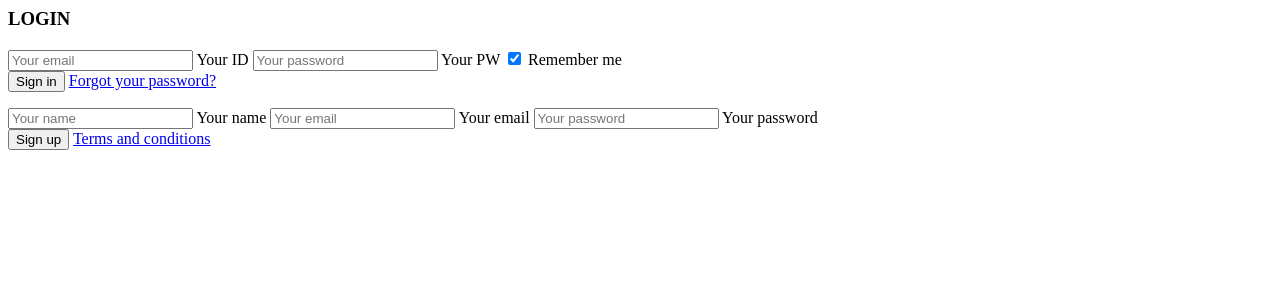
Repository: JaeJin2044/Community_spring
Page: http://localhost/Community/WEB-INF/views/user/login.jsp
These files come from the project's save history. The page is drawn as it stood at one moment and after the next save; the edit follows.
The browser window is 1280 px wide. The pictures show the whole page.
The page is served by Tomcat 9. Nobody is signed in. The template is opened directly, without the code that normally fills it, so the values that code supplies are empty.

Above is the page before, as saved 2021-03-23 04:49:53.

After the next save:
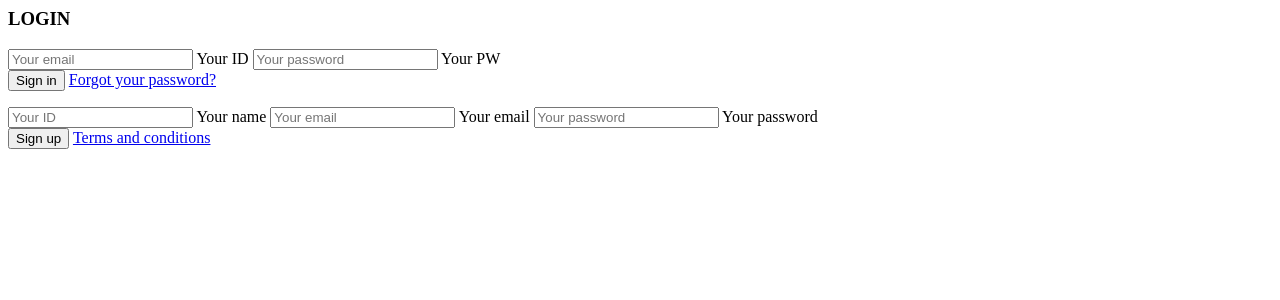
Saved 82 s later.
--- a/Community/src/main/webapp/WEB-INF/views/user/login.jsp
+++ b/Community/src/main/webapp/WEB-INF/views/user/login.jsp
@@ -12,12 +12,12 @@
 			<div class="signin-cont cont">
 				<form action="#" method="post" enctype="multipart/form-data">
 					<input type="email" name="email" id="email" class="inpt"
-						required="required" placeholder="Your email"> <label
-						for="email">Your ID</label> <input type="password"
-						name="password" id="password" class="inpt" required="required"
-						placeholder="Your password"> <label for="password">Your
-						PW</label> <input type="checkbox" id="remember" class="checkbox"
-						checked> <label for="remember">Remember me</label>
+						required="required" placeholder="Your email">
+					<label for="email">Your ID</label>
+					<input type="password" name="password" id="password" class="inpt" required="required"
+						placeholder="Your password">
+					<label for="password">Your PW</label>
+
 					<div class="submit-wrap">
 						<input type="submit" value="Sign in" class="submit"> <a
 							href="#" class="more">Forgot your password?</a>
@@ -27,7 +27,7 @@
 			<div class="signup-cont cont">
 				<form action="#" method="post" enctype="multipart/form-data">
 					<input type="email" name="email" id="name" class="inpt"
-						required="required" placeholder="Your name"> <label
+						required="required" placeholder="Your ID"> <label
 						for="name">Your name</label> <input type="email" name="email"
 						id="email" class="inpt" required="required"
 						placeholder="Your email"> <label for="email">Your
